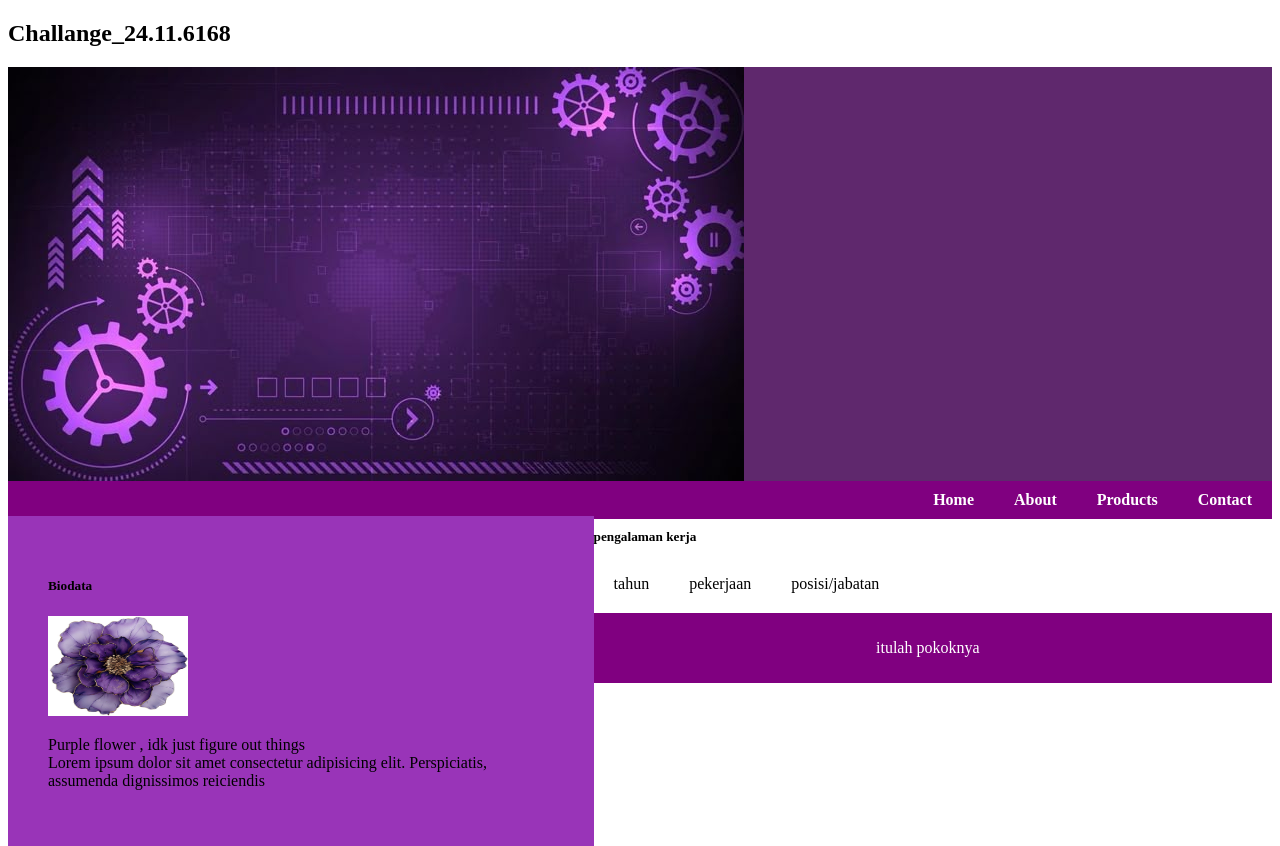
Repository: Ms-Ulfiyahrustam/p5_pemogramanweb
Page: index.html
These files come from the project's save history. The page is drawn as it stood at one moment and after the next save; the edit follows.
The browser window is 1280 px wide. The pictures show the whole page.

Above is the page before, as saved 2026-04-27 09:55:24.

### index.html
<!DOCTYPE html>
<html lang="en">
<head>
    <meta charset="UTF-8">
    <meta name="viewport" content="width=device-width, initial-scale=1.0">
    <link rel="stylesheet" href="style.css">
    <title>Document</title>
</head>
<body class="">
    <h2>Challange_24.11.6168</h2>
    <div class="flex-container">
        <img src="download.jpg" alt="">
    </div>
    <div class="leftside">
        <h5>Biodata</h5>
        <img src="purple.jpg" alt="" width="140" height="100" >
        <p>Purple flower , idk just figure out things <br>
            Lorem ipsum dolor sit amet consectetur adipisicing elit. Perspiciatis, assumenda dignissimos reiciendis  <br>
        </p>
    </div>
    <div class="midplace">
<nav class="menu">
  <ul>
    <li><a href="#">Home</a></li>
    <li><a href="#">About</a></li>
    <li><a href="#">Products</a></li>
    <li><a href="#">Contact</a></li>
  </ul>
</nav>
        </div>

        <div class="rightside">
            <h5>pengalaman kerja</h5>
            <table cellspacing="0" cellpadding="20">
                    <tr >
                        <td>tahun</td>
                        <td> pekerjaan</td>
                        <td>posisi/jabatan</td>
                    </tr>
            </table>
        </div>


        <footer class="footer">
            <p>itulah pokoknya</p>
        </footer>
</body>
</html>

### style.css


.flex-container{
    display: flex;
    background-color: rgb(95, 40, 109);
    margin: auto;
}

.leftside{

    float:left;
    background-color: rgb(153, 52, 184);
    margin-top: 35px;
    width:40%;
    height: 40%;
    padding: 40px;


}

leftside img{
    justify-content: center;
}

.rightside{
    justify-content: right;
}

.rightside h5 {
    justify-content: center;
    margin: auto;
    padding: 10px;
}


.midplace{
    background-color: purple;
    color: azure;

}

.menu {
  background-color: purple;
  padding: 10px 0;
}

.menu ul {
  display: flex;
  justify-content: right;
  list-style: none;
  margin: 0;
  padding: 0;
}

.menu li {
  margin: 0 20px;
}

.menu a {
  text-decoration: none;
  color: white;
  font-weight: bold;
}

.footer {
    background-color :purple;
    padding: 10px;
    text-align: center;
    color : white;
}

After the next save:
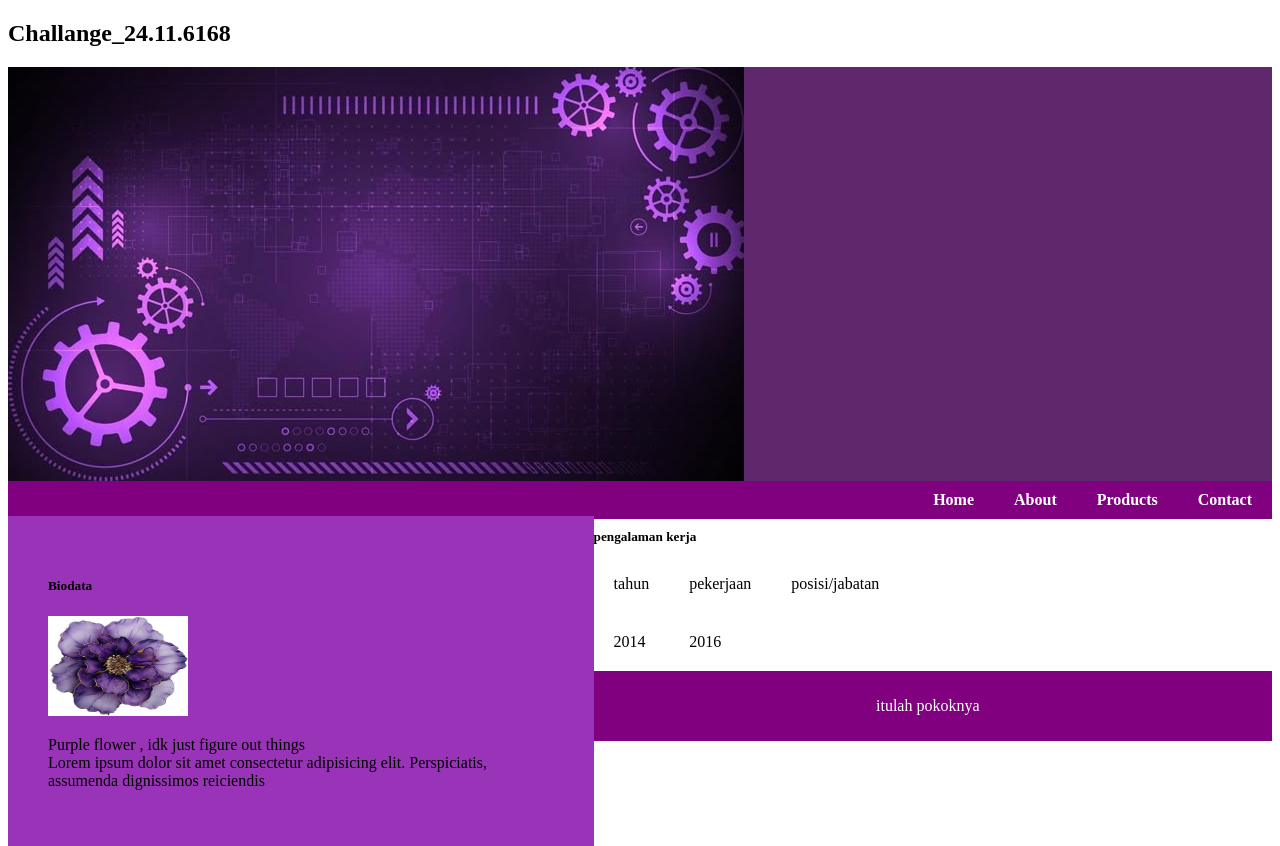
Saved 64 s later.
--- a/index.html
+++ b/index.html
@@ -37,6 +37,10 @@
                         <td> pekerjaan</td>
                         <td>posisi/jabatan</td>
                     </tr>
+                    <tr>
+                        <td>2014</td>
+                        <td>2016</td>
+                    </tr>
             </table>
         </div>
 
